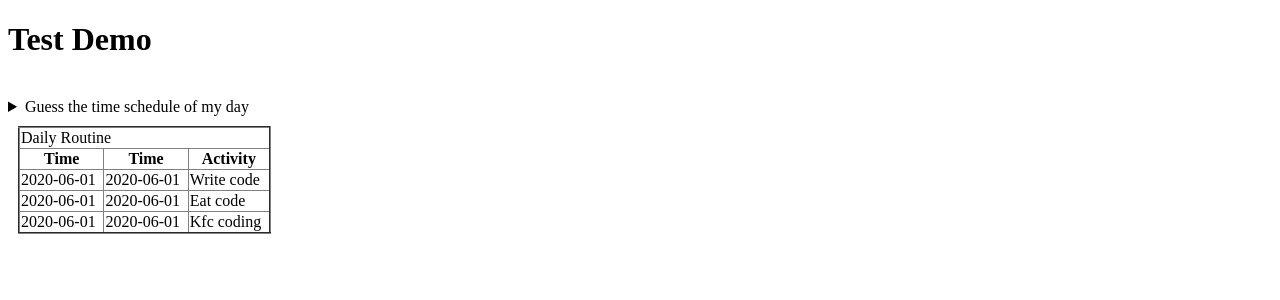
Repository: cavidk/taco_shop-web
Page: html basics/index.html
The author's editor kept a copy of each file at every save. The page is drawn from the files as they stood at one save, then again after the next save.
The browser window is 1280 px wide. The pictures show the whole page.

Above is the page before, as saved 2024-06-07 16:17:50.

### html basics/index.html
<!DOCTYPE html>
<html lang="en">

<head>
   <meta charset="UTF-8">
   <meta name="viewport" content="width=device-width, initial-scale=1.0">
   <link rel="stylesheet" href="style.css" type="text/css">
   </link>
   <title>Document</title>
</head>

<body>
   <h1>Test Demo</h1>
   <br>
   <aside>
      <details>
         <summary>Guess the time schedule of my day</summary>
         <p>Details</p>

   </aside>


   <table border="2">

      <td id="head1"  colspan="3">Daily Routine</td>
      <tr>
         <th>Time</th>
         <th>Time</th>
         <th>Activity</th>
      <tr id="border1">
         <td>
            <time datetime="2020-06-01">2020-06-01</time>
           </td>
             <td>
            <time datetime="11:00">2020-06-01</datetime>
         </td>
         <td>Write code</td>
      </tr>

      <tr>
         <td>
            <time datetime="2020-06-01">2020-06-01</time>
           </td>
           <td>
            <time datetime="11:00">2020-06-01</datetime>
           </td
         </td>
         <td>Eat code</td>
      </tr>

      <tr>
         <td>
            <time datetime="2020-06-01">2020-06-01</time>
           </td>
             <td>
            <time datetime="11:00">2020-06-01</datetime>
         </td>
         <td>Kfc coding</td>
      </tr>
   </table>

</body>

</html>

### html basics/style.css
table{
      width: 20%;
      border-collapse: collapse;
      margin: 10px;
      padding: 10px;;
      border-radius: 50px;
}

#head1{
  align-items: center;
}

After the next save:
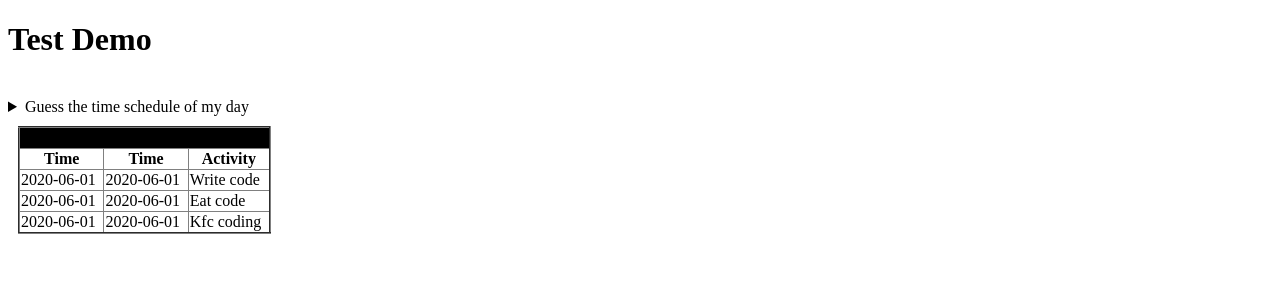
Saved 12 s later.
--- a/html basics/style.css
+++ b/html basics/style.css
@@ -8,4 +8,5 @@
 
 #head1{
   align-items: center;
+  background: #000;
 }

After the save that followed:
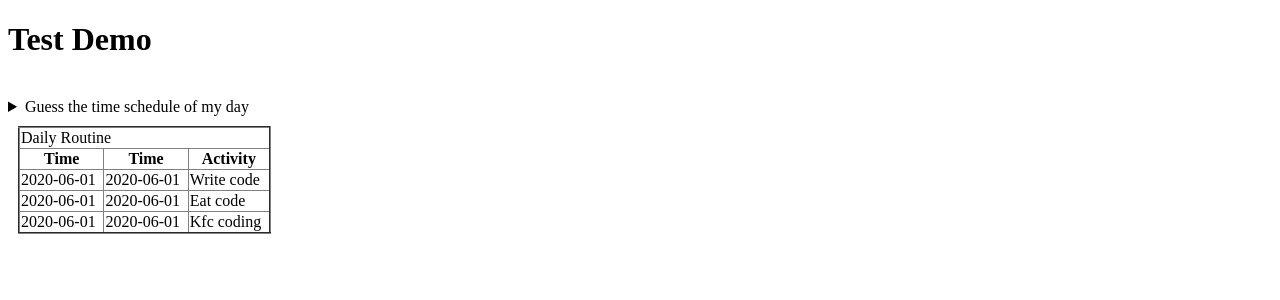
Saved 31 s later.
--- a/html basics/style.css
+++ b/html basics/style.css
@@ -7,6 +7,6 @@
 }
 
 #head1{
-  align-items: center;
-  background: #000;
+
+    position: relative;
 }
